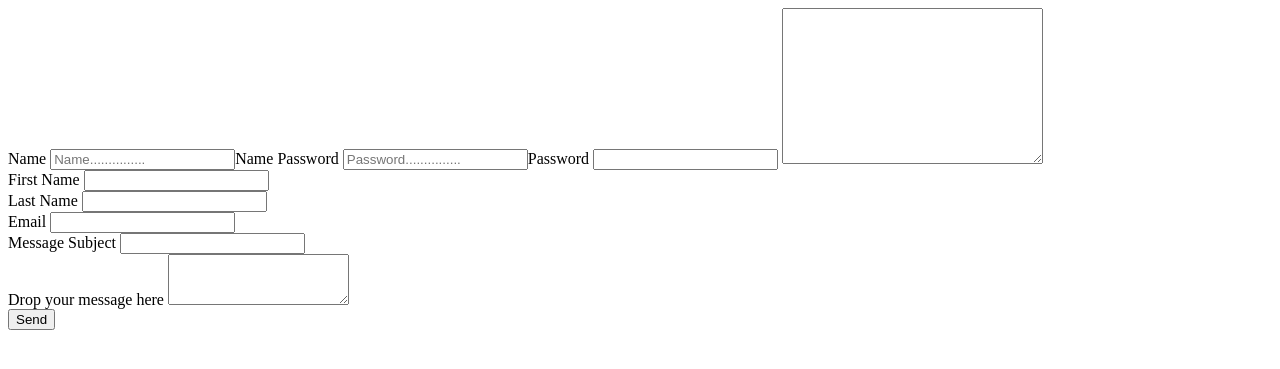
Repository: ntu34543/cut-landing-page-Figma
Page: home.html
The author's editor kept a copy of each file at every save. The page is drawn from the files as they stood at one save, then again after the next save.
The browser window is 1280 px wide. The pictures show the whole page.

Above is the page before, as saved 2022-09-14 18:30:10.

After the next save:
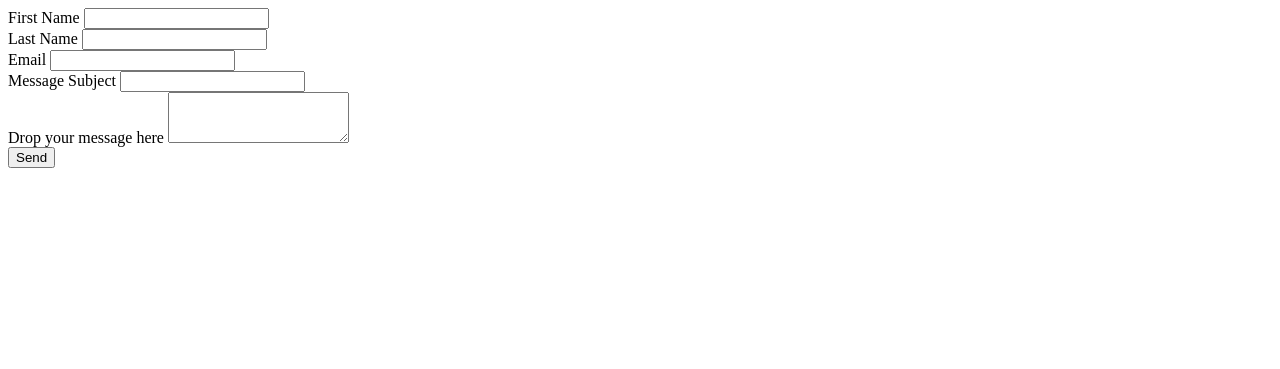
Saved 13 s later.
--- a/home.html
+++ b/home.html
@@ -189,14 +189,14 @@
 </head>
 
 <body>
-    <form action="">
+    <!-- <form action="">
         <label for="name">Name</label>
         <input type="text" placeholder="Name...............">Name
         <label for="name">Password</label>
         <input type="text" placeholder="Password...............">Password
         <input type="">
         <textarea name="" id="" cols="30" rows="10"></textarea>
-    </form>
+    </form> -->
     <section class="contact-wrap">
         <form action="" class="contact-form">
           <div class="col-sm-6">
